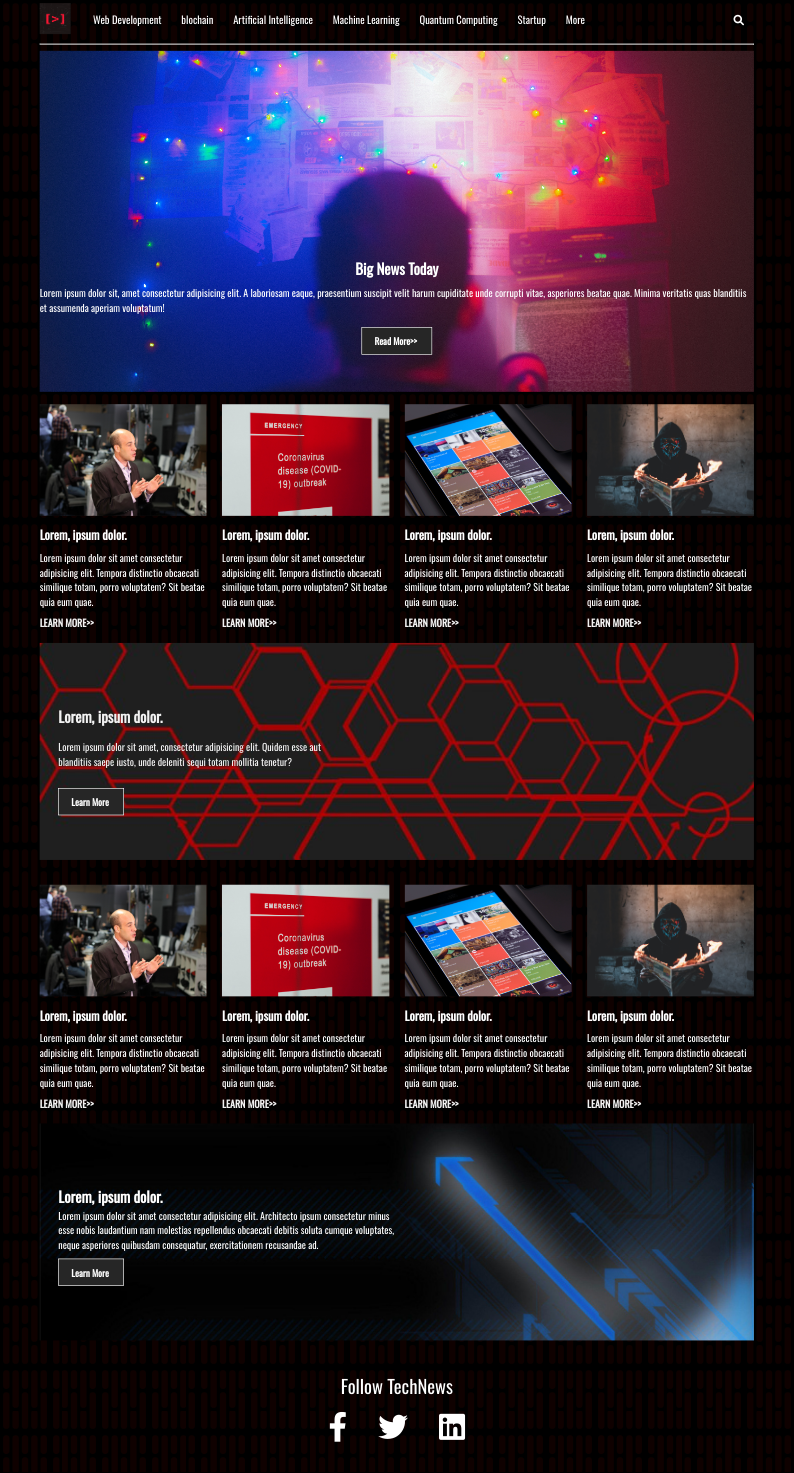
Repository: NickArregoces/News_Web
Page: index.html
These files come from the project's save history. The page is drawn as it stood at one moment and after the next save; the edit follows.
The browser window is 1280 px wide. The pictures show the whole page, at 62% of full size.

Above is the page before, as saved 2021-12-24 20:13:20.

### index.html
<!DOCTYPE html>
<html lang="en">
<head>
    <meta charset="UTF-8">
    <meta http-equiv="X-UA-Compatible" content="IE=edge">
    <meta name="viewport" content="width=device-width, initial-scale=1.0">
    <title>TechNews</title>
    <!--FONT AWESOME-->
    <link rel="stylesheet" href="https://cdnjs.cloudflare.com/ajax/libs/font-awesome/6.0.0-beta3/css/all.min.css">

    <link rel="stylesheet" href="style.Css">
    <!--Oswald FONTS-->
    <link rel="preconnect" href="https://fonts.googleapis.com">
<link rel="preconnect" href="https://fonts.gstatic.com" crossorigin>
<link href="https://fonts.googleapis.com/css2?family=Oswald:wght@200;300;400&display=swap" rel="stylesheet">
</head>
<body>

    <div class="container">

        <nav class ="nav-main">
            <img src="img/brand.png" alt="" class="nav-brand">

            <ul class="nav-menu">
                <li>
                    <a href="#">Web Development</a>
                </li>
                <li>
                    <a href="#">blochain</a>
                </li>
                <li>
                    <a href="#">Artificial Intelligence</a>
                </li>
                <li>
                    <a href="#">Machine Learning</a>
                </li>
                <li>
                    <a href="#">Quantum Computing</a>
                </li>
                <li>
                    <a href="#">Startup</a>
                </li>
                <li>
                    <a href="#">More</a>
                </li>
            </ul>
            <ul class="nav-menu-right">
                <li>
                    <a href="">
                        <i class="fas fa-search"></i>
                    </a>
                </li>
            </ul>
        </nav>
        <hr> <!--Crea una linea -->


        <!--Showcase=Imagen pricnipal-->
        <header class="showcase">
            <h2>Big News Today</h2>
            <p>Lorem ipsum dolor sit, amet consectetur adipisicing elit. A laboriosam eaque, praesentium suscipit velit harum cupiditate unde corrupti vitae, asperiores beatae quae. Minima veritatis quas blanditiis et assumenda aperiam voluptatum!</p>
        <!--lorem30 te crea 30 palabras-->
            <a class="btn" href="#">Read More>> <i class="fas fa-angles-double-right"></i></a>
        </header>

        <!--NEWS CARDS(COLUMNAS)-->
        <div class="news-cards">
            <div class="">
                <img src="img/news1.jpg" alt="News 1">
                <h3>Lorem, ipsum dolor.</h3>
                <p>Lorem ipsum dolor sit amet consectetur adipisicing elit. Tempora distinctio obcaecati similique totam, porro voluptatem? Sit beatae quia eum quae.</p>
                <a href="">Learn More>><i class="fas fa-amgle-dpuble-right"></i></a>
            </div>
            <div class="">
                <img src="img/news2.jpg" alt="News 2">
                <h3>Lorem, ipsum dolor.</h3>
                <p>Lorem ipsum dolor sit amet consectetur adipisicing elit. Tempora distinctio obcaecati similique totam, porro voluptatem? Sit beatae quia eum quae.</p>
                <a href="">Learn More>><i class fas fa-amgle-dpuble-right></i></a>
            </div>
            <div class="">
                <img src="img/news3.jpg" alt="News 3">
                <h3>Lorem, ipsum dolor.</h3>
                <p>Lorem ipsum dolor sit amet consectetur adipisicing elit. Tempora distinctio obcaecati similique totam, porro voluptatem? Sit beatae quia eum quae.</p>
                <a href="">Learn More>><i class="fas fa-amgle-dpuble-right" ></i></a>
            </div>
            <div class="">
                <img src="img/news4.jpg" alt="News 4">
                <h3>Lorem, ipsum dolor.</h3>
                <p>Lorem ipsum dolor sit amet consectetur adipisicing elit. Tempora distinctio obcaecati similique totam, porro voluptatem? Sit beatae quia eum quae.</p>
                <a href="">Learn More>><i class="fas fa-amgle-dpuble-right"></i></a>
            </div>
        </div>

        <div>

            <section class="cards-banner-one">
                <div class="content">
                    <h2>Lorem, ipsum dolor.</h2>
                    <p>Lorem ipsum dolor sit amet, consectetur adipisicing elit. Quidem esse aut blanditiis saepe iusto, unde deleniti sequi totam mollitia tenetur?</p>
                    <a href="#" class="btn">Learn More <i class="fas fa-amgle-dpuble-right"></i></a>
                </div>

            </section>

            <!--NEWS CARDS(COLUMNAS)-->
        <div class="news-cards">
            <div class="">
                <img src="img/news1.jpg" alt="News 1">
                <h3>Lorem, ipsum dolor.</h3>
                <p>Lorem ipsum dolor sit amet consectetur adipisicing elit. Tempora distinctio obcaecati similique totam, porro voluptatem? Sit beatae quia eum quae.</p>
                <a href="">Learn More>><i class="fas fa-amgle-dpuble-right"></i></a>
            </div>
            <div class="">
                <img src="img/news2.jpg" alt="News 2">
                <h3>Lorem, ipsum dolor.</h3>
                <p>Lorem ipsum dolor sit amet consectetur adipisicing elit. Tempora distinctio obcaecati similique totam, porro voluptatem? Sit beatae quia eum quae.</p>
                <a href="">Learn More>><i class fas fa-amgle-dpuble-right></i></a>
            </div>
            <div class="">
                <img src="img/news3.jpg" alt="News 3">
                <h3>Lorem, ipsum dolor.</h3>
                <p>Lorem ipsum dolor sit amet consectetur adipisicing elit. Tempora distinctio obcaecati similique totam, porro voluptatem? Sit beatae quia eum quae.</p>
                <a href="">Learn More>><i class="fas fa-amgle-dpuble-right" ></i></a>
            </div>
            <div class="">
                <img src="img/news4.jpg" alt="News 4">
                <h3>Lorem, ipsum dolor.</h3>
                <p>Lorem ipsum dolor sit amet consectetur adipisicing elit. Tempora distinctio obcaecati similique totam, porro voluptatem? Sit beatae quia eum quae.</p>
                <a href="">Learn More>><i class="fas fa-amgle-dpuble-right"></i></a>
            </div>
        </div>

        <section class="cards-banner-two">
            <div class="content">
                <h2>Lorem, ipsum dolor.</h2>
                <p>Lorem ipsum dolor sit amet consectetur adipisicing elit. Architecto ipsum consectetur minus esse nobis laudantium nam molestias repellendus obcaecati debitis soluta cumque voluptates, neque asperiores quibusdam consequatur, exercitationem recusandae ad.</p>
                <a href="#" class="btn">Learn More <i class="fas fa-angles-double-right"></i> </a>
            </div>
        </section>

        <section class="social">

                <p> Follow TechNews</p>
                <div class="links">
                    <a href="#"><!--Se crean lo iconos automaticamente-->
                        <i class="fab fa-facebook-f"></i>
                    </a>
                <a href="#">
                    <i class="fab fa-twitter"></i>
                </a>
                <a href="#">
                    <i class="fab fa-linkedin"></i>
                </a>

                </div>

        </section>




        </div>

    </div>

    <div class="footer-links">
        <div class="footer-container">
            <ul>
                <li>
                    <a href="#">
                        <h3></h3>
                    </a>
                </li>
            </ul>
        </div>
    </div>

</body>
</html>

### style.Css
*{
    box-sizing: border-box;
    margin: 0;
    padding: 0;
}

body{
    background:#000000;
    color:#ffff;
    background-color: #000000;
    background-image: url("data:[embedded picture, 663 characters]");
    color:#1e272e;
    font-size: 16px;
    font-family: 'Oswald', sans-serif;
}

a{
    color: #ffff;
    text-decoration: none;
}

ul{
    list-style: none;
}
.container{
    width: 90%;/*responsive*/
    margin: auto;
    color: #ffff;/*MIO*/
}
/*Navigation*/
.nav-main{
    font-size: 17px;
    display: flex;/*Elememnto al lado de otro*/
    justify-content: space-between;
    align-items: center;
    height: 60px;
    padding: 20px 0px;
}
.nav-brand{
    width: 50px;
}

/*Nav Left*/
.nav-main ul{
    display:flex;
}

.nav-main ul li{
    padding: 10px;
}

.nav-main ul li a{
    padding: 6px;
}

.nav-main ul li a:hover {
    border-bottom: 2px solid #ffffff;
}
.nav-main ul.nav-menu{
    flex:1;
    margin-left: 20px;
}

/*Showcase*/
hr{
    margin:10px 0px;
}
.showcase{
    width: 100%;
    height: 550px;
    /*Arreglar img */
    background: url(/img/showcase2.jpg) no-repeat center center/cover;
    padding-bottom: 50px;
    margin-bottom: 20px;/*Margen interna*/
    display:flex;
    flex-direction: column;
    align-items: center;/*centrar P*/
    justify-content: flex-end; /*p al final*/
}

.btn{
    cursor: pointer;
    display: inline-block;
    border: 0;
    font-weight: bold;
    padding: 10px 20px;
    background: #262626;
    color:#ffffff;
    font-size: 15px;
    border: 1px solid #ffff;
    margin:10px 0px;
}

.btn:hover{
    opacity: 0.7;
}

.showcase h2,
.showcase p{
    margin-bottom: 10px;
}

/*News CARS*/
.news-cards{
    display: grid;
    grid-template-columns: 1fr 1fr 1fr 1fr;/*4 columnas*/
    gap: 25px;/*espaciado card*/
    margin: 10px 0;
}

.news-cards img{
    width:100%;
    height:  180px;
}

.news-cards h3{
    font-size: 20px;
    margin:  10px 0;

}

.news-cards a{
    padding: 10px 0;
    color: #f2f2f2;
    text-transform: uppercase;
    display: inline-block;
    font-weight: bold;
}

.news-cards a:hover{
    text-decoration: underline; /*Line debajo*/
}

/*Cards-banner-one*/

.cards-banner-one {
    width: 100%;
    height: 350px;
    background: url(./img/tech-red.jpg) no-repeat center/cover;;
    margin-bottom: 40px;
}
.cards-banner-one .content{
    width: 40%;
    padding: 90px 0 0 30px;
    color: #f2f2f2;
}

.cards-banner-one p,
.cards-banner-one h2{
    margin: 10px 0 20px 0;
}

/*CARDS BANNER TWO*/

.cards-banner-two{
    background: url(./img/image-five.jpg) no-repeat center/cover;
    width: 100%;
    height: 350px;
}

.cards-banner-two .content{
    width: 50%;
    padding: 100px 0 0 30px;
}

/*Social*/
.social{
    margin: 50px;
}

.social p{
    text-align: center;
    font-size: 30px;
    margin-bottom: 20px;
}

.links{
    display: flex;
    align-items: center;
    justify-content: center;
}

.links a{
    margin: 0 25px;
}
.links a i{
    font-size: 3rem;
}

After the next save:
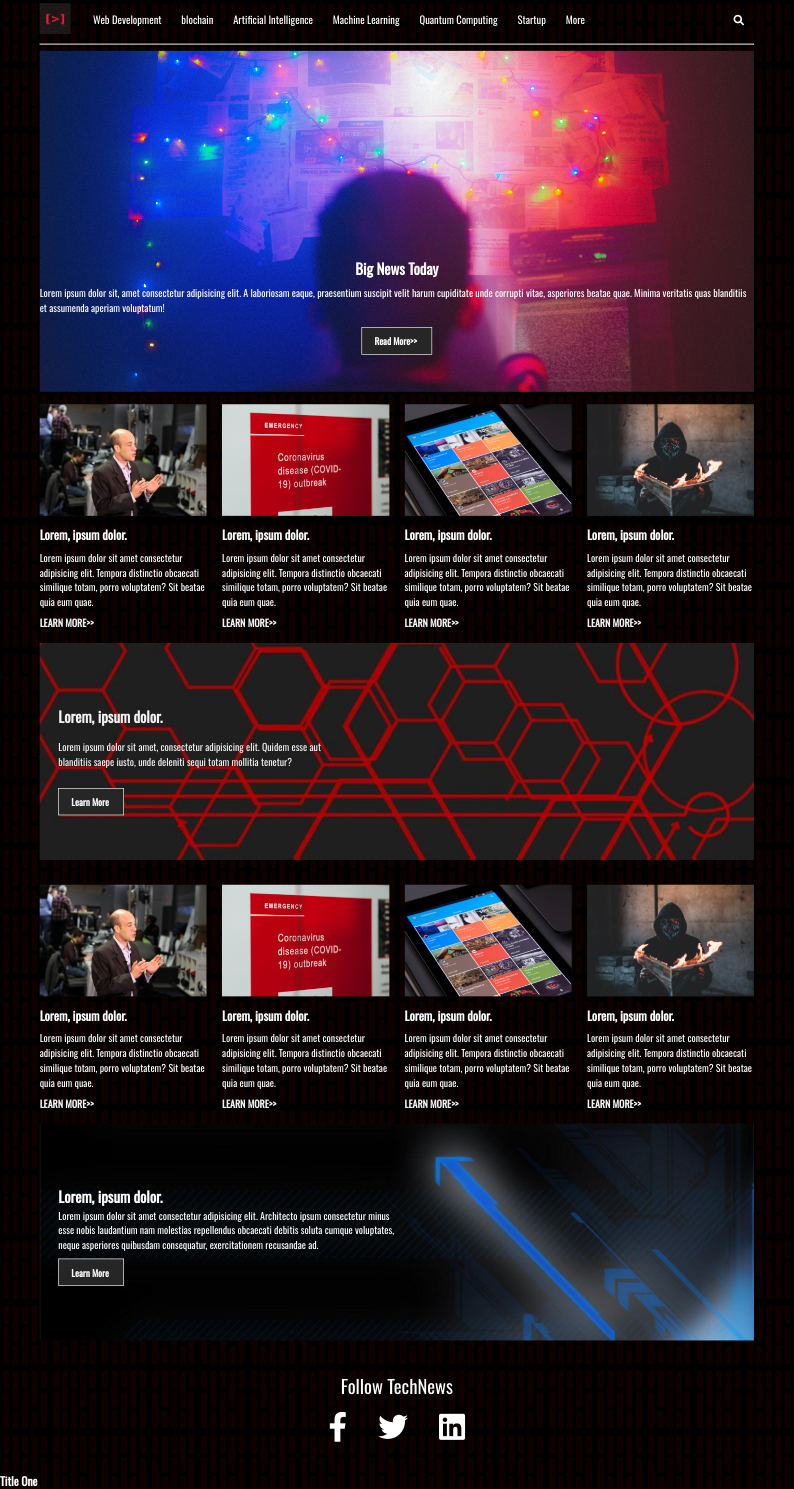
Saved 6 s later.
--- a/index.html
+++ b/index.html
@@ -168,7 +168,7 @@
             <ul>
                 <li>
                     <a href="#">
-                        <h3></h3>
+                        <h3>Title One</h3>
                     </a>
                 </li>
             </ul>
